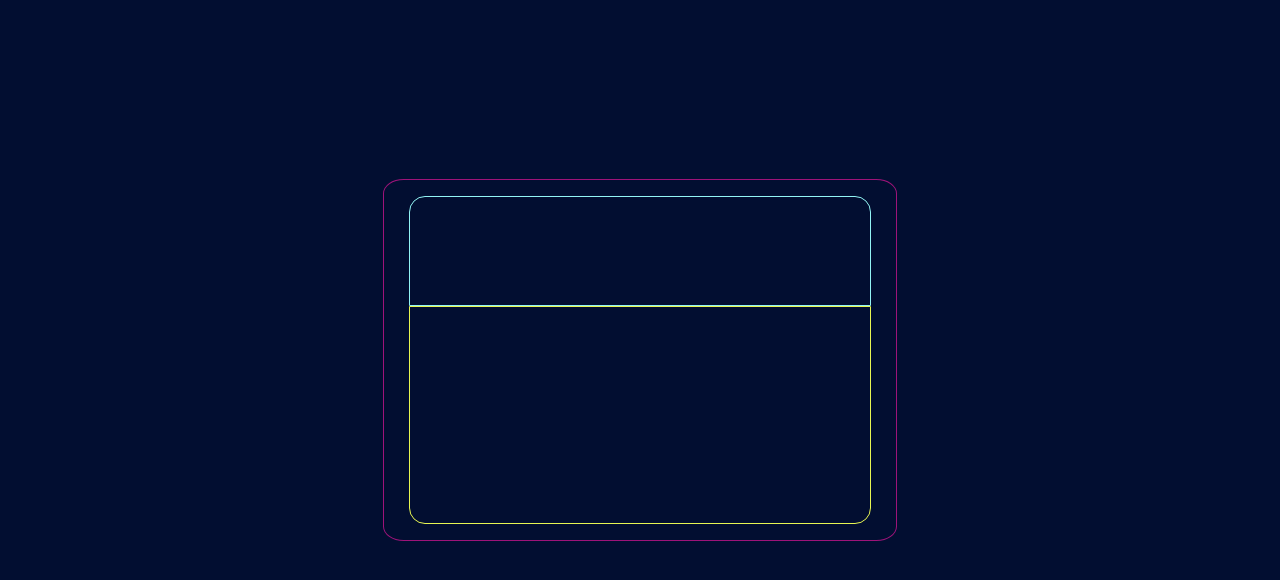
Repository: 2001mariana/Calculator_react
Page: /
These files come from the project's save history. The page is drawn as it stood at one moment and after a run of saves; the edit follows.
The browser window is 1280 px wide. The pictures show the whole page.
The project was rebuilt for these pictures with package versions that can differ from the ones it lists, and the page was loaded fresh each time.

Above is the page before, as saved 2023-02-06 17:37:52.

### src/index.tsx
import React from "react";
import ReactDOM from "react-dom/client";

import App from "./App";
import reportWebVitals from "./reportWebVitals";

import "./index.css";

const root = ReactDOM.createRoot(
  document.getElementById("root") as HTMLElement
);
root.render(
  <React.StrictMode>
    <App />
  </React.StrictMode>
);

reportWebVitals();

### src/App.tsx
import "./App.css";

function App() {
  return (
    <div className="Calculator">
      <div className="Calculator__body">
        <div className="Calculator__screen"></div>
        <div className="Calculator__buttons"></div>
      </div>
    </div>
  );
}

export default App;

### src/App.css
.Calculator {
  background-color: #020e31;
  height: 100vh;
  display: flex;
  justify-content: center;
  align-items: center;
}

.Calculator__body {
  height: 50vh;
  width: 40vw;
  border-radius: 4%;
  border: 1px solid #9e1379;
  display: flex;
  flex-direction: column;
  justify-content: center;
  align-items: center;
}

.Calculator__screen {
  border: 1px solid #92F4F4;
  height: 30%;
  width: 90%;
  border-radius: 16px 16px 0 0;
}

.Calculator__buttons {
  border: 1px solid #e8f652;
  height: 60%;
  width: 90%;
  border-radius: 0 0 16px 16px;
}

@media (max-width: 1200px) {
  .Calculator__body {
    height: 55vh;
  }
}

@media (max-width: 1100px) {
  .Calculator__body {
    width: 50vw;
    height: 60vh;
  }
}

@media (max-width: 1000px) {
  .Calculator__body {
    width: 55vw;
    height: 65vh;
  }
}

@media (max-width: 900px) {
  .Calculator__body {
    width: 60vw;
    height: 70vh;
  }
}

@media (max-width: 800px) {
  .Calculator__body {
    width: 70vw;
    height: 75vh;
  }
}

@media (max-width: 680px) {
  .Calculator__body {
    width: 80vw;
    height: 80vh;
  }
}

@media (max-width: 560px) {
  .Calculator__body {
    width: 90vw;
  }
}

Loaded but not shown: public/index.html (common file); src/reportWebVitals.ts (common file); src/index.css (common file)

After the next 4 saves:
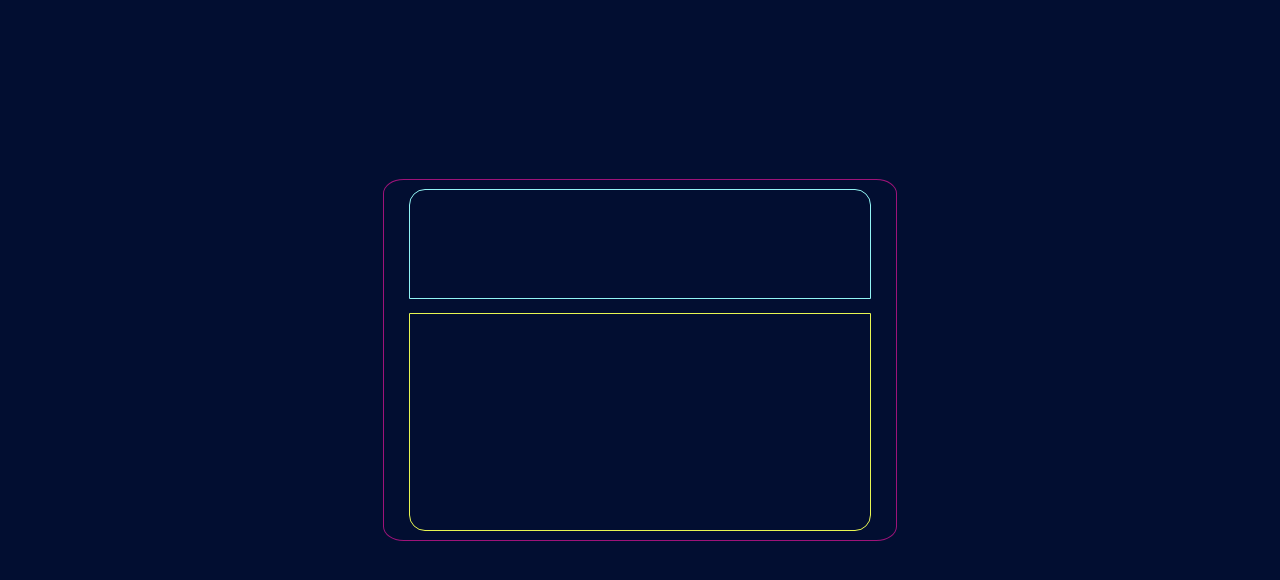
The 4 saves are shown as one change because they came seconds apart.
The last was saved 71 s later.
--- a/src/App.css
+++ b/src/App.css
@@ -15,6 +15,7 @@
   flex-direction: column;
   justify-content: center;
   align-items: center;
+  gap: 4%;
 }
 
 .Calculator__screen {
